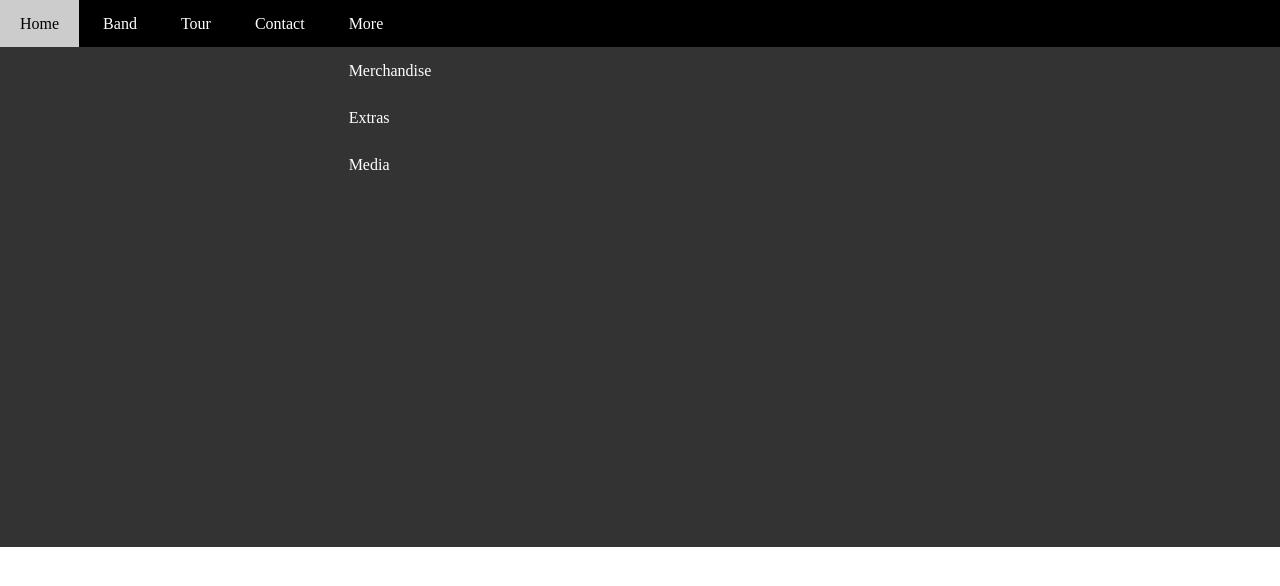
Repository: Dino0411/Dino0411.github.io
Page: index.html
These files come from the project's save history. The page is drawn as it stood at one moment and after the next save; the edit follows.
The browser window is 1280 px wide. The pictures show the whole page.

Above is the page before, as saved 2021-10-03 21:57:12.

After the next save:
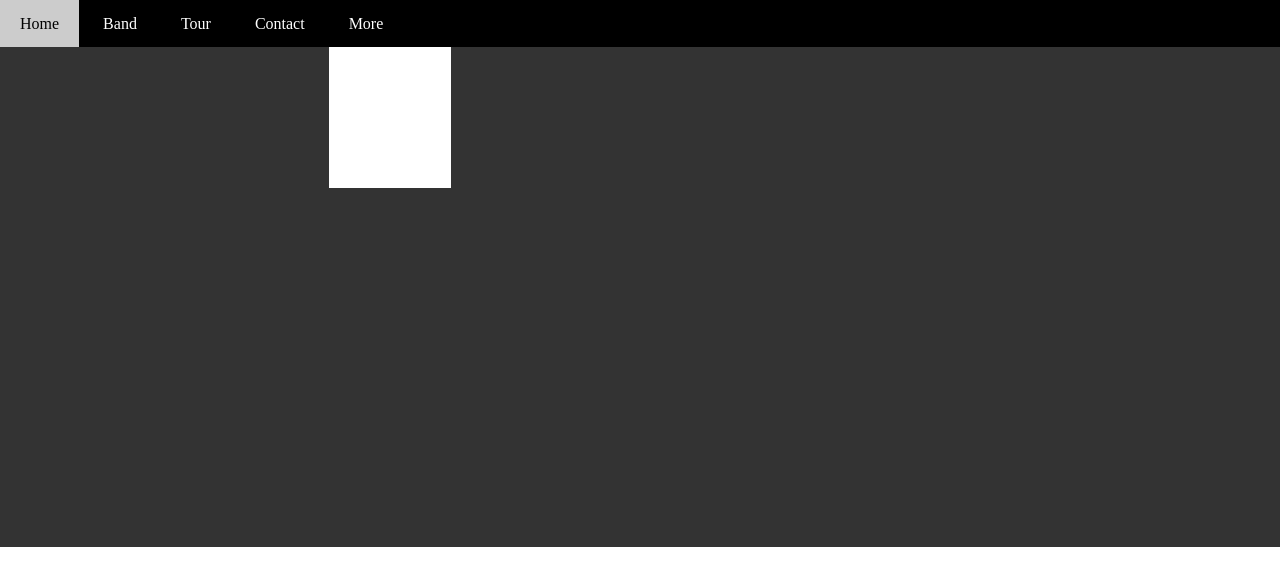
Saved 74 s later.
--- a/assets/css/style.css
+++ b/assets/css/style.css
@@ -48,6 +48,8 @@ TODO:tổng quan đến chi tiết
 #nav .subnav {
   /* display: none; */
   position: absolute;
+  background-color: #fff;
+  color: #000;
 }
 #slider {
   min-height: 500px;
